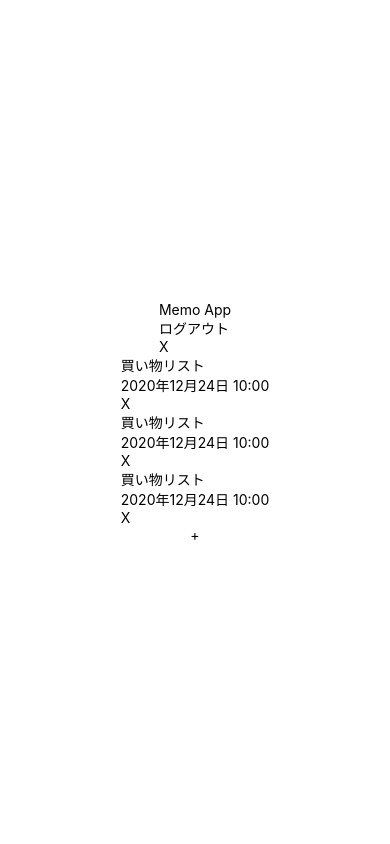
Repository: hirano-step/MemoApp
Screen: /
An editor plug-in stored every save of this project. The screen is shown before and after the next save, followed by the edit.
The app was drawn by React Native's web renderer in a window 390 px wide. The project was rebuilt for these pictures with package versions that can differ from the ones it lists, and the page was loaded fresh each time.

Above is the screen before, as saved 2023-01-12 11:01:28.

### App.jsx
import { StyleSheet, Text, View } from 'react-native';

export default function App() {
  return (
    <View style={styles.container}>
      <View>
        <View>
          <Text>Memo App</Text>
          <Text>ログアウト</Text>
        </View>
        <View>
          <Text>X</Text>
        </View>
      </View>

      <View>
        <View>
          <View>
            <Text>買い物リスト</Text>
            <Text>2020年12月24日 10:00</Text>
          </View>
          <View>
            <Text>X</Text>
          </View>
        </View>

        <View>
          <View>
            <Text>買い物リスト</Text>
            <Text>2020年12月24日 10:00</Text>
          </View>
          <View>
            <Text>X</Text>
          </View>
        </View>

        <View>
          <View>
            <Text>買い物リスト</Text>
            <Text>2020年12月24日 10:00</Text>
          </View>
          <View>
            <Text>X</Text>
          </View>
        </View>
      </View>

      <View>
        <Text>+</Text>
      </View>

    </View>
  );
}

const styles = StyleSheet.create({
  container: {
    flex: 1,
    backgroundColor: '#fff',
    alignItems: 'center',
    justifyContent: 'center',
  },
});

After the next save:
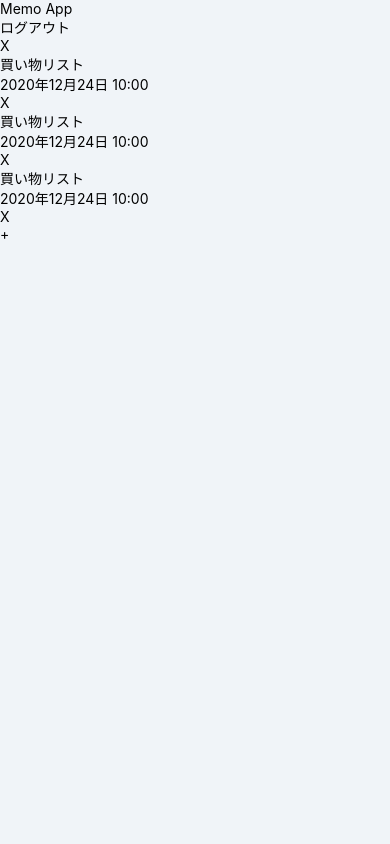
Saved 60 s later.
--- a/App.jsx
+++ b/App.jsx
@@ -56,8 +56,6 @@ export default function App() {
 const styles = StyleSheet.create({
   container: {
     flex: 1,
-    backgroundColor: '#fff',
-    alignItems: 'center',
-    justifyContent: 'center',
+    backgroundColor: '#F0F4F8',
   },
 });
